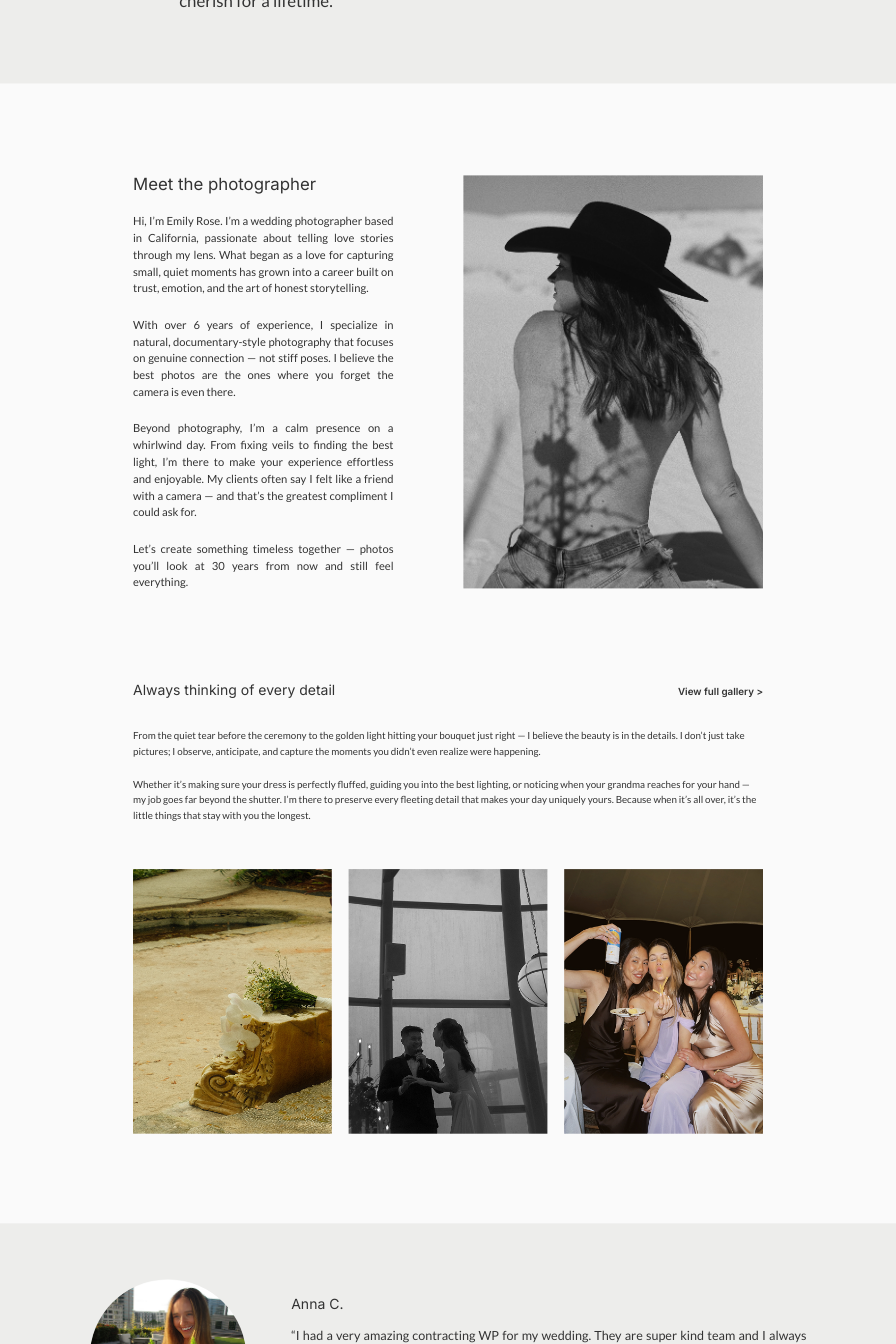
Repository: eduarda-magnago/wt-photography
Page: /
An editor plug-in stored every save of this project. The page is shown before and after the next save, followed by the edit.
The browser window is 1280 px wide. The pictures show the part of the page from y = 952 to 2872 px (the page is 3668 px tall before and 3692 px after), at 70% of full size.
Some web fonts or font styles are not loaded; a fallback is used. The project was rebuilt for these pictures with package versions that can differ from the ones it lists, and the page was loaded fresh each time. The framework's server and built-in components were replaced by stand-ins that run in the browser. Also part of the build but not shown: next.config.ts.

Above is the page before, as saved 2026-10-14 12:56:16.

### app/layout.tsx
import type { Metadata } from "next";
import { Inter, Lato, Cormorant_SC } from "next/font/google";
import Header from "@/components/layout/header";
import Footer from "@/components/layout/footer";
import "./globals.css";

const inter = Inter({
  subsets: ["latin"],
  variable: "--font-inter",
});

const lato = Lato({
  subsets: ["latin"],
  weight: ["300", "400", "700"],
  variable: "--font-lato",
});

const cormorant = Cormorant_SC({
  subsets: ["latin"],
  weight: ["300", "400", "500"],
  variable: "--font-cormorant",
});

export const metadata: Metadata = {
  title: "WT Timeless Photography",
  description: "Timeless wedding photography",
};

export default function RootLayout({
  children,
}: {
  children: React.ReactNode;
}) {
  return (
    <html
      lang="en"
      className={`${inter.variable} ${lato.variable} ${cormorant.variable}`}
    >
      <body className="font-sans antialiased">
        <Header />
        <main>{children}</main>
        <Footer />
      </body>
    </html>
  );
}

### app/page.tsx
import Hero from "@/components/hero";
import Intro from "@/components/home/intro";
import About from "@/components/home/about";
import Details from "@/components/home/details";
import Testimonials from "@/components/home/testimonials";

export default function Home() {
  return (
    <>
      <Hero
        eyebrow="Timeless Wedding Photography"
        title="Capturing the essence of your treasured moments"
        image="/img/hero-bg.jpg"
      />
      <Intro />
      <About />
      <Details />
      <Testimonials />
    </>
  );
}

### components/layout/header.tsx
"use client";

import { useState } from "react";
import Image from "next/image";
import Link from "next/link";

const navLinks = [
  { label: "Home", href: "/" },
  { label: "About me", href: "/#about" },
  { label: "Gallery", href: "/#gallery" },
  { label: "Testimonials", href: "/#testimonials" },
  { label: "Contact Us", href: "/contact#contact-form" },
];

export default function Header() {
  const [open, setOpen] = useState(false);

  return (
    <header className="absolute inset-x-0 top-0 z-30">
      <div className="flex items-start justify-between px-6 py-8 md:px-14">
        <ul className="flex items-center gap-3">
          <li>
            <a
              href="#"
              aria-label="Instagram"
              className="relative block h-[19px] w-[18px] transition-opacity hover:opacity-70"
            >
              <Image
                src="/img/instagram.png"
                alt=""
                fill
                sizes="18px"
                className="object-contain"
              />
            </a>
          </li>
          <li>
            <a
              href="#"
              aria-label="Facebook"
              className="relative block h-[18px] w-[18px] transition-opacity hover:opacity-70"
            >
              <Image
                src="/img/facebook.png"
                alt=""
                fill
                sizes="18px"
                className="object-contain"
              />
            </a>
          </li>
          <li>
            <a
              href="#"
              aria-label="YouTube"
              className="relative block h-[18px] w-[18px] transition-opacity hover:opacity-70"
            >
              <Image
                src="/img/youtube.png"
                alt=""
                fill
                sizes="18px"
                className="object-contain"
              />
            </a>
          </li>
          <li>
            <a
              href="#"
              aria-label="LinkedIn"
              className="relative block h-[18px] w-[18px] transition-opacity hover:opacity-70"
            >
              <Image
                src="/img/linkedin.png"
                alt=""
                fill
                sizes="18px"
                className="object-contain"
              />
            </a>
          </li>
        </ul>

        <button
          type="button"
          onClick={() => setOpen(true)}
          aria-label="Open menu"
          className="relative block h-6 w-9 transition-opacity hover:opacity-70"
        >
          <Image
            src="/img/menu.png"
            alt=""
            fill
            sizes="36px"
            className="object-contain"
          />
        </button>
      </div>

      {open && (
        <div className="fixed inset-0 z-40 flex items-center justify-center bg-ink/95">
          <button
            type="button"
            onClick={() => setOpen(false)}
            aria-label="Close menu"
            className="absolute right-6 top-8 text-3xl text-white md:right-14"
          >
            ✕
          </button>
          <nav>
            <ul className="flex flex-col items-center gap-8">
              {navLinks.map((link) => (
                <li key={link.label}>
                  <Link
                    href={link.href}
                    onClick={() => setOpen(false)}
                    className="font-heading text-2xl text-white"
                  >
                    {link.label}
                  </Link>
                </li>
              ))}
            </ul>
          </nav>
        </div>
      )}
    </header>
  );
}

### components/layout/footer.tsx
import Image from "next/image";
import Link from "next/link";

const exploreLinks = [
  { label: "Home", href: "/" },
  { label: "About me", href: "/#about" },
  { label: "Gallery", href: "/#gallery" },
  { label: "Testimonials", href: "/#testimonials" },
  { label: "Contact Us", href: "/contact#contact-form" },
];

export default function Footer() {
  return (
    <footer>
      <div className="bg-ink px-6 py-16 text-sm text-white md:px-14">
        <div className="mx-auto max-w-5xl">
          <div className="border-t border-white/30 pt-12">
            <div className="grid gap-12 md:grid-cols-[1fr_auto_auto] md:gap-20">
              <div>
                <Image
                  src="/img/logo.png"
                  alt="WT Timeless Photography"
                  width={240}
                  height={110}
                />
                <p className="mt-6 max-w-xs">
                  With a natural and artistic approach, we create photographs
                  that reflect everything.
                </p>
                <ul className="mt-6 flex items-center gap-3">
                  <li>
                    <a href="#" aria-label="Instagram" className="transition-opacity hover:opacity-70">
                      <Image src="/img/instagram.png" alt="" width={18} height={18} />
                    </a>
                  </li>
                  <li>
                    <a href="#" aria-label="Facebook"
                      className="relative block h-[18px] w-[18px] transition-opacity hover:opacity-70"
                    >
                      <Image src="/img/facebook.png" alt="" fill sizes="18px" className="object-contain"/>
                    </a>
                  </li>
                  <li>
                    <a href="#" aria-label="YouTube" className="transition-opacity hover:opacity-70">
                      <Image src="/img/youtube.png" alt="" width={18} height={18} />
                    </a>
                  </li>
                  <li>
                    <a href="#" aria-label="LinkedIn" className="transition-opacity hover:opacity-70">
                      <Image src="/img/linkedin.png" alt="" width={18} height={18} />
                    </a>
                  </li>
                </ul>
              </div>

              <div>
                <h3 className="mb-6 text-xs uppercase tracking-widest">
                  Explore
                </h3>
                <ul className="space-y-2">
                  {exploreLinks.map((link) => (
                    <li key={link.label}>
                      <Link href={link.href}>{link.label}</Link>
                    </li>
                  ))}
                </ul>
              </div>

              <div>
                <h3 className="mb-6 text-xs uppercase tracking-widest">
                  Enquiries
                </h3>
                <address className="not-italic leading-relaxed">
                  641 Route de Gibannaz
                  <br />
                  Les Gets
                  <br />
                  74260
                </address>
                <div className="mt-6 flex flex-col gap-1 underline">
                  <a href="tel:+33685204809">+33 (0)6 85 20 48 09</a>
                  <a href="tel:+447967728009">+44 (0)7967 728009</a>
                </div>
                <a
                  href="mailto:info@weddingphoto.com"
                  className="mt-6 block underline"
                >
                  info@weddingphoto.com
                </a>
              </div>
            </div>

            <div className="mt-16 flex flex-col gap-4 border-t border-white/30 pt-6 text-xs md:flex-row md:justify-between">
              <p>
                Designed &amp; developed by{" "}
                <a href="https://www.instagram.com/webstudio.em" target="_blank" rel="noopener noreferrer" className="underline">
                  EM Studio
                </a>
              </p>
              <div className="flex gap-6 underline">
                <a href="#">Terms &amp; Conditions</a>
                <a href="#">Privacy Policy</a>
              </div>
            </div>
          </div>
        </div>
      </div>
      <p className="bg-neutral-200 px-6 py-5 text-center text-xs uppercase tracking-wide">
        © WT Timeless Photography 2026 - All the rights reserved.
      </p>
    </footer>
  );
}

### app/globals.css
@import "tailwindcss";

@theme inline {
  --font-sans: var(--font-lato);
  --font-heading: var(--font-inter);
  --font-hero: var(--font-cormorant);

  --color-ink: #333333;
  --color-sand: #ededeb;
  --color-paper: #fafafa;
  --color-blush: #f4e6dc;
}

html {
  scroll-behavior: smooth;
}

body {
  background: var(--color-paper);
  color: var(--color-ink);
}

### components/hero.tsx
import Image from "next/image";
import Link from "next/link";

type HeroProps = {
  eyebrow: string;
  title: string;
  image: string;
  ctaLabel?: string;
  ctaHref?: string;
};

export default function Hero({
  eyebrow,
  title,
  image,
  ctaLabel = "Explore our gallery",
  ctaHref = "/#gallery",
}: HeroProps) {
  return (
    <section className="relative flex h-[70vh] min-h-[715px] items-center justify-center overflow-hidden">
      <Image
        src="/img/hero.png"
        alt=""
        fill
        priority
        sizes="100vw"
        className="object-cover"
      />
      <div className="absolute inset-0 bg-black/20" />
      <div className="relative z-10 flex max-w-3xl flex-col items-center px-6 text-center text-white">
        <p className="mb-4 text-sm">{eyebrow}</p>
        <h1 className="font-hero text-5xl leading-[0.9] md:text-7xl">
          {title}
        </h1>
        <Link
          href={ctaHref}
          className="mt-8 border-b border-white pb-1 text-xs uppercase tracking-wider"
        >
          {ctaLabel}
        </Link>
      </div>
    </section>
  );
}

### components/home/intro.tsx
export default function Intro() {
  return (
    <section className="bg-sand px-6 py-22 md:py-25">
      <p className="mx-auto max-w-3xl text-justify text-xl leading-relaxed md:text-2xl">
        Your love story is one of a kind, filled with genuine emotions,
        meaningful details, and unforgettable moments. Our passion is to
        preserve those fleeting seconds and transform them into timeless images
        that you will cherish for a lifetime.
      </p>
    </section>
  );
}

### components/home/about.tsx
import Image from "next/image";

export default function About() {
  return (
    <section id="about" className="bg-paper px-6 py-24 md:px-14 md:py-32">
      <div className="mx-auto grid max-w-[900px] items-center gap-12 md:grid-cols-[435fr_500fr] md:gap-x-12 xl:gap-x-[100px]">
        <div>
          <h2 className="font-heading text-2xl">Meet the photographer</h2>

          <div className="mt-6 space-y-7 text-justify text-base leading-6">
            <p>
              Hi, I’m Emily Rose. I’m a wedding photographer based in
              California, passionate about telling love stories through my
              lens. What began as a love for capturing small, quiet moments has
              grown into a career built on trust, emotion, and the art of
              honest storytelling.
            </p>
            <p>
              With over 6 years of experience, I specialize in natural,
              documentary-style photography that focuses on genuine connection
              — not stiff poses. I believe the best photos are the ones where
              you forget the camera is even there.
            </p>
            <p>
              Beyond photography, I’m a calm presence on a whirlwind day. From
              fixing veils to finding the best light, I’m there to make your
              experience effortless and enjoyable. My clients often say I felt
              like a friend with a camera — and that’s the greatest compliment
              I could ask for.
            </p>
            <p>
              Let’s create something timeless together — photos you’ll look at
              30 years from now and still feel everything.
            </p>
          </div>
        </div>

        <div className="relative aspect-[619/855] w-full">
          <Image
            src="/img/about.png"
            alt="Wedding photographer picture"
            fill
            sizes="(min-width: 1280px) 500px, (min-width: 768px) 50vw, 100vw"
            className="object-cover"
          />
        </div>
      </div>
    </section>
  );
}

### components/home/details.tsx
import Image from "next/image";
import Link from "next/link";

const photos = [
  { src: "/img/detail1.png", alt: "Bouquet resting on a golden ornament" },
  { src: "/img/detail2.png", alt: "Couple dancing by a large window" },
  { src: "/img/detail3.png", alt: "Bridesmaids laughing together" },
];

export default function Details() {
  return (
    <section id="gallery" className="bg-paper px-6 pb-24 md:px-14 md:pb-32">
      <div className="mx-auto max-w-[900px]">
        <div className="flex items-baseline justify-between">
          <h2 className="font-heading text-xl">
            Always thinking of every detail
          </h2>
          <Link href="/#gallery" className="font-heading text-sm font-semibold">
            View full gallery &gt;
          </Link>
        </div>

        <div className="mt-10 space-y-6 text-sm leading-relaxed">
          <p>
            From the quiet tear before the ceremony to the golden light hitting
            your bouquet just right — I believe the beauty is in the details. I
            don’t just take pictures; I observe, anticipate, and capture the
            moments you didn’t even realize were happening.
          </p>
          <p>
            Whether it’s making sure your dress is perfectly fluffed, guiding
            you into the best lighting, or noticing when your grandma reaches
            for your hand — my job goes far beyond the shutter. I’m there to
            preserve every fleeting detail that makes your day uniquely yours.
            Because when it’s all over, it’s the little things that stay with
            you the longest.
          </p>
        </div>

        <div className="mt-16 grid gap-6 md:grid-cols-3">
          {photos.map((photo) => (
            <div key={photo.src} className="relative aspect-[3/4]">
              <Image
                src={photo.src}
                alt={photo.alt}
                fill
                sizes="(min-width: 768px) 33vw, 100vw"
                className="object-cover"
              />
            </div>
          ))}
        </div>
      </div>
    </section>
  );
}

### components/home/testimonials.tsx
"use client";

import { useState } from "react";
import Image from "next/image";

const testimonials = [
  {
    name: "Anna C.",
    image: "/img/testimonial.png",
    quote:
      "I had a very amazing contracting WP for my wedding. They are super kind team and I always felt I could trust 100% in their work. When I received the pictures I was more surprised than I imagined, really good quality! No regrets.",
  },
];

export default function Testimonials() {
  const [index, setIndex] = useState(0);
  const current = testimonials[index];

  function next() {
    setIndex((prev) => (prev + 1) % testimonials.length);
  }

  return (
    <section id="testimonials" className="bg-sand px-6 py-20 md:px-14">
      <div className="mx-auto grid max-w-5xl items-center gap-10 md:grid-cols-[auto_1fr] md:gap-16">
        <div className="relative h-48 w-48 overflow-hidden rounded-full md:h-56 md:w-56">
          <Image
            src={current.image}
            alt={current.name}
            fill
            sizes="224px"
            className="object-cover"
          />
        </div>

        <div>
          <h3 className="font-heading text-xl">{current.name}</h3>
          <blockquote className="mt-4 text-justify text-lg leading-relaxed">
            “{current.quote}”
          </blockquote>
          <button
            type="button"
            onClick={next}
            className="font-heading mt-8 ml-auto block text-sm font-semibold"
          >
            {index + 1}/{testimonials.length} &gt;
          </button>
        </div>
      </div>
    </section>
  );
}

After the next save:
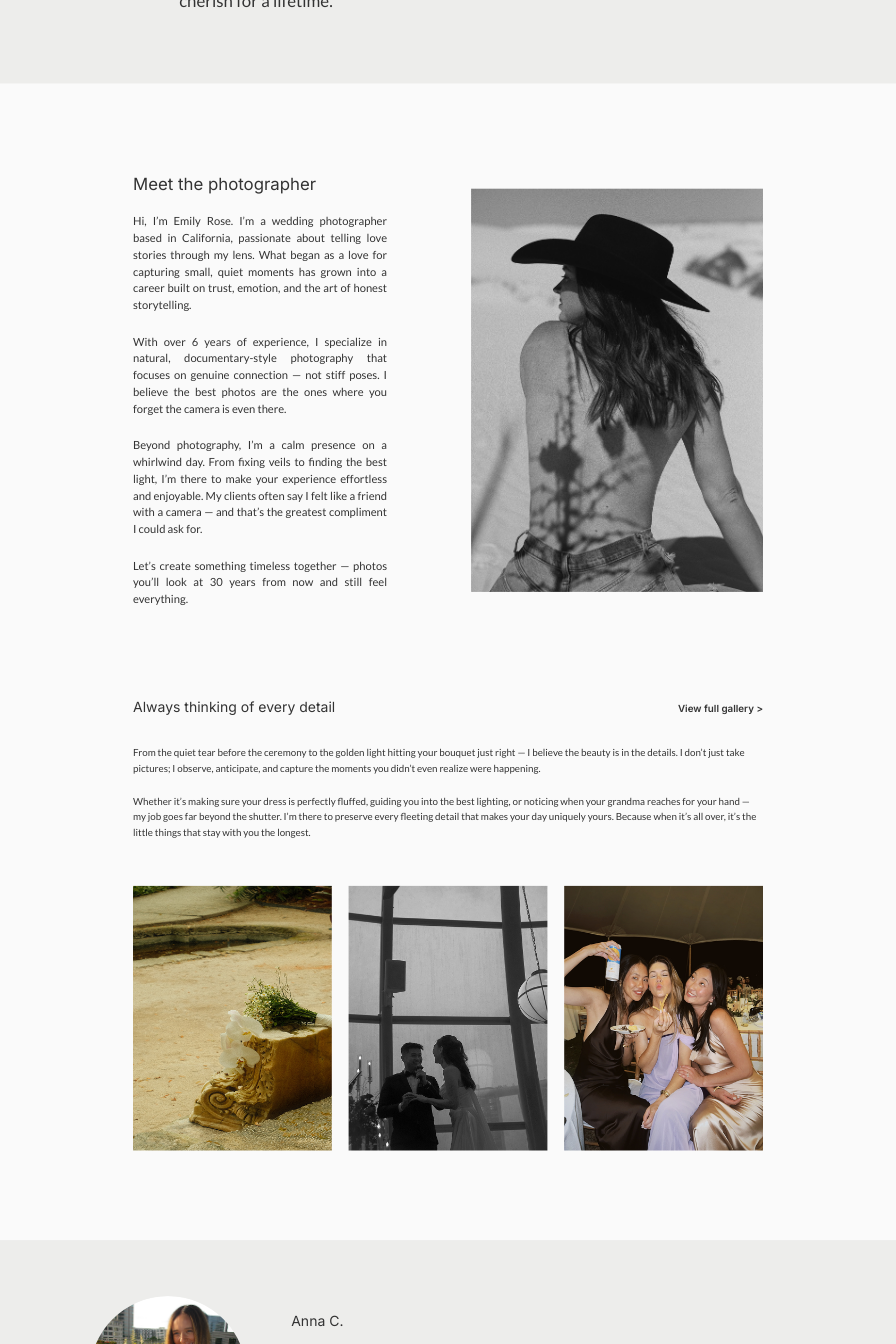
Saved 7 s later.
--- a/components/home/about.tsx
+++ b/components/home/about.tsx
@@ -3,7 +3,7 @@ import Image from "next/image";
 export default function About() {
   return (
     <section id="about" className="bg-paper px-6 py-24 md:px-14 md:py-32">
-      <div className="mx-auto grid max-w-[900px] items-center gap-12 md:grid-cols-[435fr_500fr] md:gap-x-12 xl:gap-x-[100px]">
+      <div className="mx-auto grid max-w-[900px] items-center gap-12 md:grid-cols-[435fr_500fr] md:gap-x-12 xl:gap-x-[120px]">
         <div>
           <h2 className="font-heading text-2xl">Meet the photographer</h2>
 
